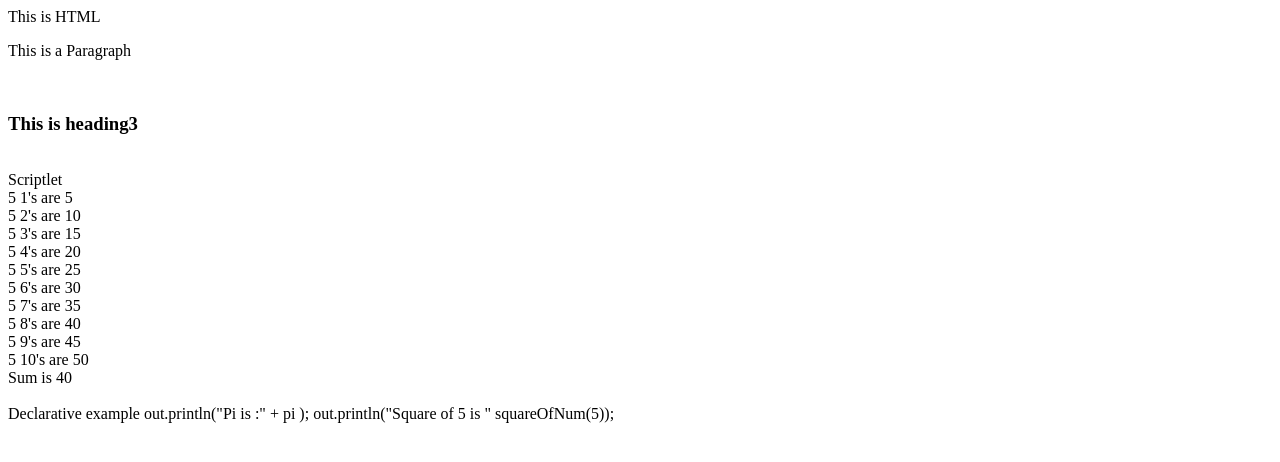
Repository: Lokeswari19/JavaExamples
Page: http://localhost/Session12/myjsp1.jsp
An editor plug-in stored every save of this project. The page is shown before and after the next save, followed by the edit.
The browser window is 1280 px wide. The pictures show the whole page.
The page is served by Tomcat 9.

Above is the page before, as saved 2018-02-21 20:30:39.

After the next save:
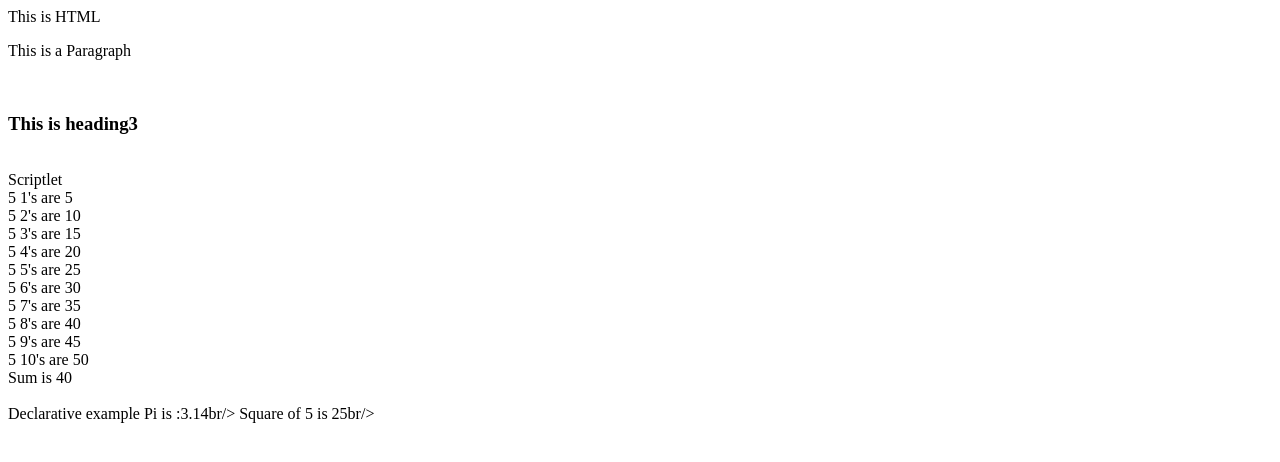
Saved 85 s later.
--- a/Session12/WebContent/myjsp1.jsp
+++ b/Session12/WebContent/myjsp1.jsp
@@ -44,9 +44,9 @@ This is HTML
 		<br/>
 
 		Declarative example
-
-		out.println("Pi is :" + pi );
-		out.println("Square of 5 is " squareOfNum(5));
-
+		<%
+		out.println("Pi is :" + pi +"br/>" );
+		out.println("Square of 5 is " +squareOfNum(5) +"br/>");
+		 %>
 </body>
 </html>
